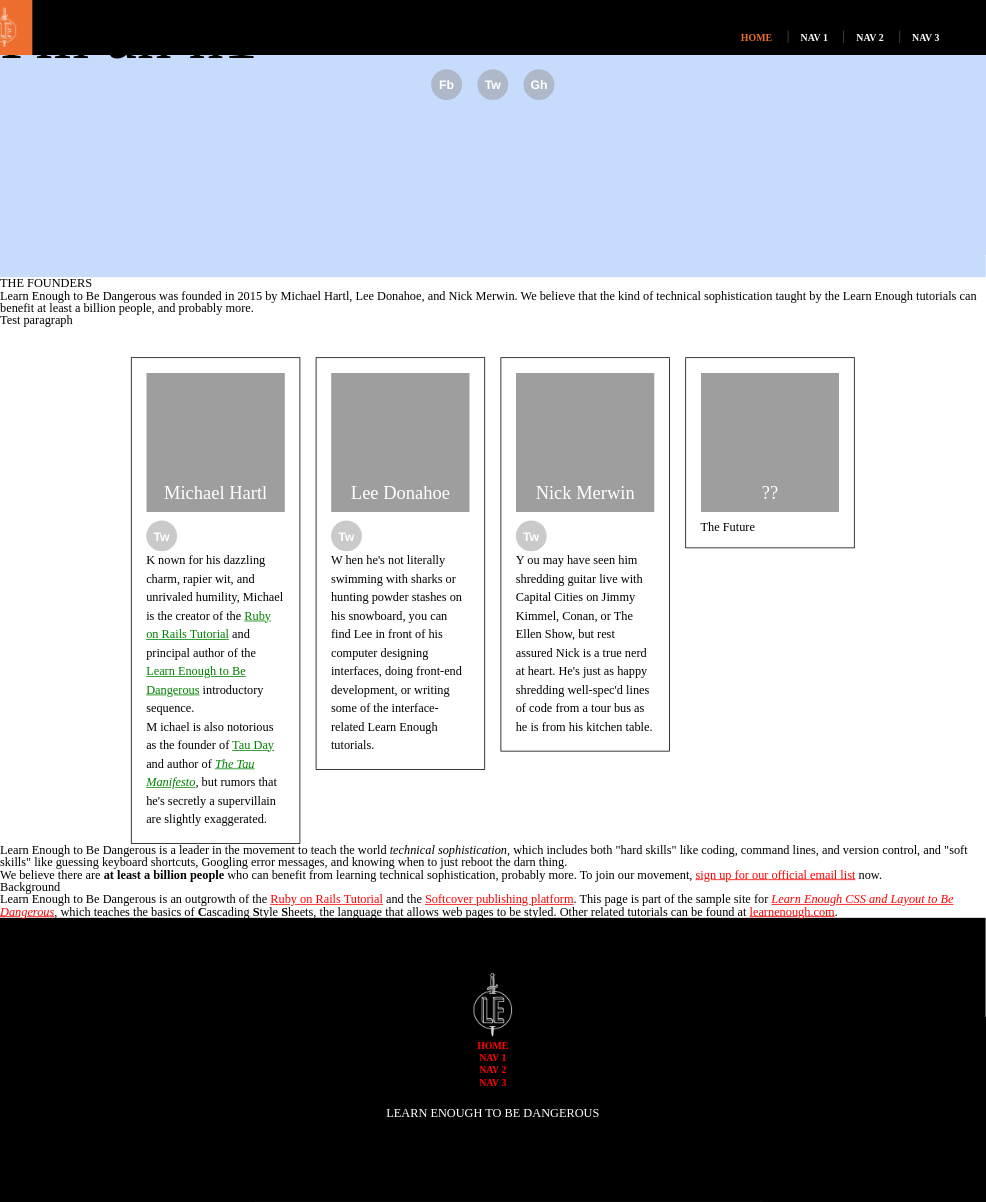
Repository: Ken2072/Ken2072.github.io
Page: _site/index.html
The author's editor kept a record of every edit. The page is drawn from the files as they stood at one moment, then again after the next edit.
The browser window is 1280 px wide. The pictures show the whole page, at 77% of full size.
Pictures or frames that could not be fetched are drawn as grey boxes.

Above is the page before.

After the next edit:
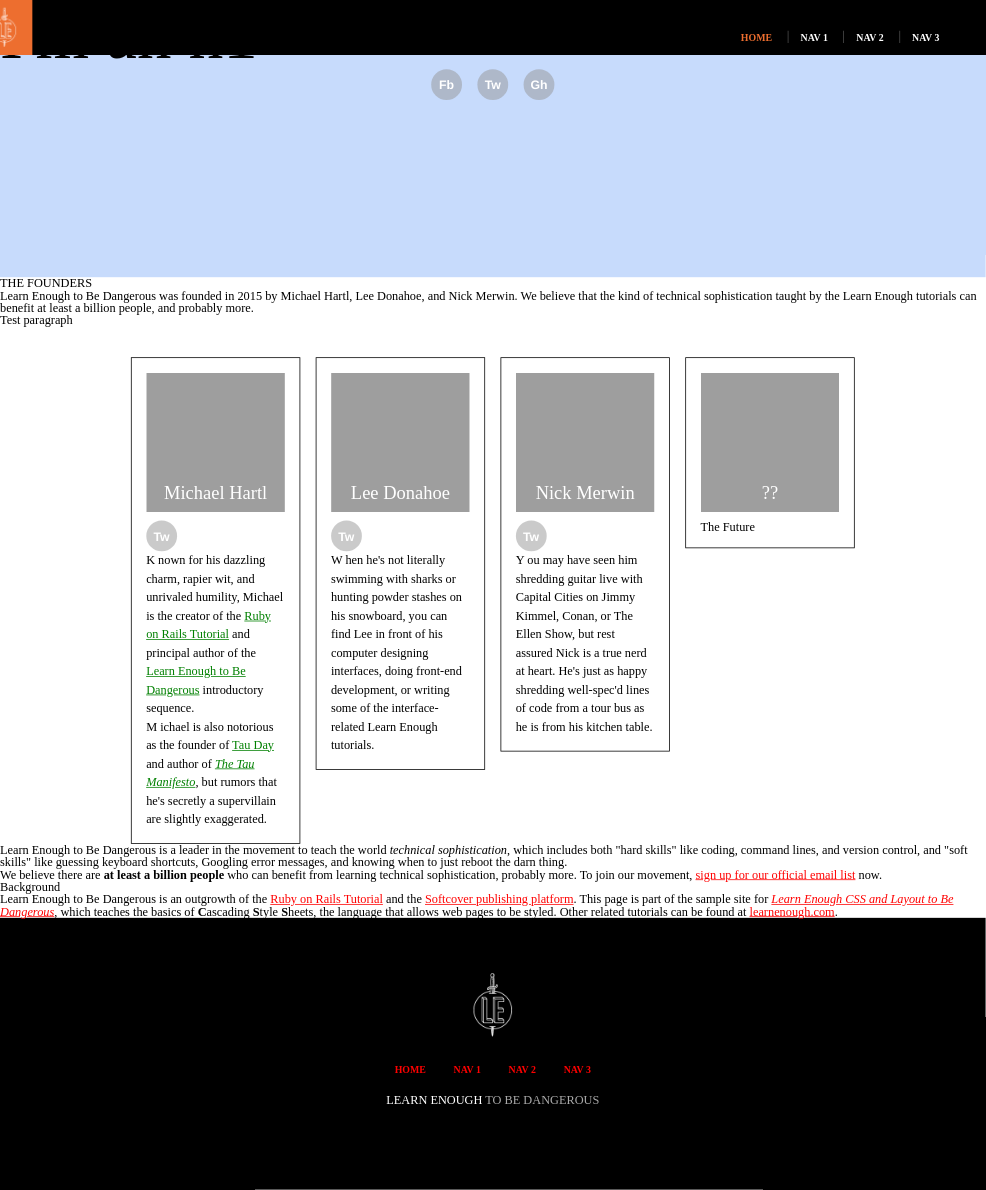
The edit:
--- a/css/main.css
+++ b/css/main.css
@@ -114,11 +114,9 @@
 color: #fff;
 padding-top: 1.5em;
 text-transform: uppercase;
-}.
-footer h3 span {
+}.footer h3 span {
 color: #aaa;
-}.
-footer-nav li {
+}.footer-nav li {
 display: inline-block;
 margin: 2em 1em 0;
 }.
